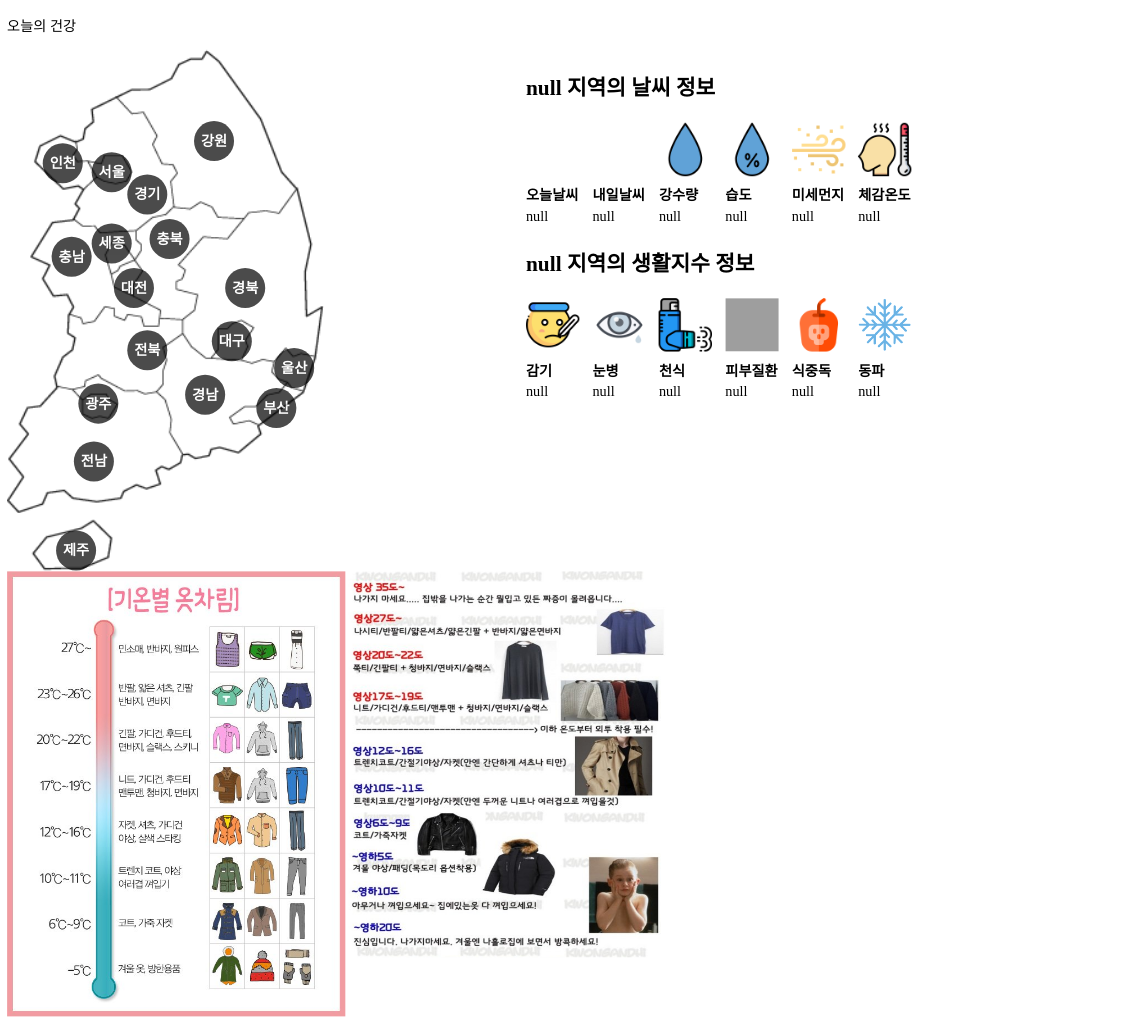
Repository: seeunOh/Webproject2018_StrongHealth
Page: http://localhost/StrongHealth/Map.jsp
These files come from the project's save history. The page is drawn as it stood at one moment and after the next save; the edit follows.
The browser window is 1280 px wide. The pictures show the whole page, at 89% of full size.
Pictures or frames that could not be fetched are drawn as grey boxes. The page is served by Tomcat 9. Other server files are loaded and not shown. Queries for data that is not in the repository find no rows.

Above is the page before, as saved 2018-12-16 05:11:45.

### StrongHealth/WebContent/Map.jsp
<%@page import="javabean.Access_DB"%>
<%@page import="javabean.Weather"%>
<%@page import="java.util.ArrayList"%>
<%@ page language="java" contentType="text/html; charset=UTF-8"
	pageEncoding="UTF-8"%>
<!DOCTYPE html>
<html>
<head>
<meta charset="UTF-8">
<title>Insert title here</title>


<style>


body{
width:1080px;
}
#weatherCanvas{
width:890px;
height:;
background: #FFEAEA;
float:right;
}


		#lifeCanvas{
		float:right;
		width:500px;
		height:586px;
		}

		#up {
			float: left;
			width:500px;
			height: 160px;
			background-color: ;
			float:right;

		}
		#down {
			float: right;
			width: 500px;
			height: 170px;
			background-color: ;
		}
		#map {
			float: left;
			width:356px;
			height: 586px;
			background-image: url(img/korea_map.png);
			background-repeat: no-repeat;
			background-size: contain;
		}
		#map div{
			font-family: 굴림;
			font-weight: bolder;
			float: left;
			background-color: black;
			opacity: 0.7;
			border-radius: 100px;
			width: 45px;
			height: 45px;
			line-height: 45px;
			text-align: center;
			position: relative;
			color: white;
		}
		#gw {
			left: 210px;
			top: 80px;
		}
		#su {
			left: 50px;
			top: 115px;
		}
		#ic {
			left: -50px;
			top: 105px
		}
		#gg {
			left: px;
			top: 140px;
		}
		#cb{
			left: -20px;
			top: 190px;
		}
		#cn {
			left: -175px;
			top: 210px;
		}
		#se {
			left: -175px;
			top: 195px;
		}
		#dj {
			left: 120px;
			top: 200px;
		}
		#gb {
			left: 200px;
			top: 200px;
		}
		#dg {
			left: 140px;
			top: 260px;
		}
		#jb {
			left: -30;
			top: 270px;
		}
		#gn {
			left: 20px;
			top: 320px;
		}
		#us {
			left: 75px;
			top: 290px
		}
		#gj {
			left: -190px;
			top: 330px;
		}
		#bs {
			left: 280px;
			top: 290px;
		}
		#jn {
			left: 30px;
			top: 350px;
		}
		#jj {
			left: -35px;
			top: 450px;
		}



	.table_header {
		margin: 0px;
		padding: 0px;
		width: 60px;
		height: 60px;
	}
	</style>
</head>
<body>
	<div id=Maside>
	<p>오늘의 건강</p>
	</div>
	<%
	ArrayList<javabean.Weather> city_list = new ArrayList<javabean.Weather>();
	Access_DB ac = new Access_DB();
	String city_names[] = {"강원", "서울", "인천", "경기", "충북", "충남", "세종", "대전", "경북", "대구",
	                      "전북", "경남", "울산", "광주", "부산", "전남", "제주"};

	for(int i=0; i< city_names.length; i++){
		city_list.add(ac.getWeather(city_names[i]));
	}
	ac.closeDB();
	%>
	<script type="text/javascript">
		function City_list(city_name, d_weather, t_weather, rain, humidity, dust, temp, flu,
							e_disease, asthma, s_disease, frozen, f_poison){
					this.city_name = city_name;
					this.d_weather = d_weather;
					this.t_weather = t_weather;
					this.rain = rain;
					this.humidity = humidity;
					this.dust = dust;
					this.temp = temp;
					this.flu = flu;
					this.e_disease = e_disease;
					this.asthma = asthma;
					this.s_disease = s_disease;
					this.frozen = frozen;
					this.f_poison = f_poison;
				}
			var city_list = [];

			<%for(int i=0; i<city_names.length; i++){%>
				city_list.push(new City_list('<%=city_list.get(i).getCityName()%>', '<%=city_list.get(i).getdWeather()%>', '<%=city_list.get(i).gettWeahter()%>',
				<%=city_list.get(i).getPop()%>, <%=city_list.get(i).getHumidity()%>, <%=city_list.get(i).getDust()%>, <%=city_list.get(i).getSensory()%>,
				'<%=city_list.get(i).getFlu()%>', '<%=city_list.get(i).getEyeDisease()%>', '<%=city_list.get(i).getAsthma()%>', '<%=city_list.get(i).getSkinDisease()%>',
				<%=city_list.get(i).getFrozen()%>, '<%=city_list.get(i).getFoodPoison()%>'));
			<%}%>

			function city_info(cityname){
				result = "<table class='table' style='width: 450px;' id=top_table><tr><td colspan='6'><h2>" + city_list[cityname].city_name + " 지역의 날씨 정보</h2></td></tr><tr><td>";
				if(city_list[cityname].d_weather == "맑음")
					result += "<img class='table_header' src='img/weather/sunny.png'>";
				else if(city_list[cityname].d_weather == "구름조금")
					result += "<img class='table_header' src='img/weather/cloudy1.png'>";
				else if(city_list[cityname].d_weather == "구름많음")
					result += "<img class='table_header' src='img/weather/cloudy2.png'>";
				else if(city_list[cityname].d_weather == "흐림")
					result += "<img class='table_header' src='img/weather/cloudy3.png'>";
				else if(city_list[cityname].d_weather == "비")
					result += "<img class='table_header' src='img/weather/rainy.png'>";
				else if(city_list[cityname].d_weather == "눈/비")
					result += "<img class='table_header' src='img/weather/rainy&snowy.png'>";
				else if(city_list[cityname].d_weather == "눈")
					result += "<img class='table_header' src='img/weather/snowy.png'>";
					result +="</td><td>";
				if(city_list[cityname].t_weather == "맑음")
					result += "<img class='table_header' src='img/weather/sunny.png'>";
				else if(city_list[cityname].t_weather == "구름조금")
					result += "<img class='table_header' src='img/weather/cloudy1.png'>";
				else if(city_list[cityname].t_weather == "구름많음")
					result += "<img class='table_header' src='img/weather/cloudy2.png'>";
				else if(city_list[cityname].t_weather == "흐림")
					result += "<img class='table_header' src='img/weather/cloudy3.png'>";
				else if(city_list[cityname].t_weather == "비")
					result += "<img class='table_header' src='img/weather/rainy.png'>";
				else if(city_list[cityname].t_weather == "눈/비")
					result += "<img class='table_header' src='img/weather/rainy&snowy.png'>";
				else if(city_list[cityname].t_weather == "눈")
					result += "<img class='table_header' src='img/weather/snowy.png'>";

				result +="</td><td><img class='table_header' src='img/mapTable_header/drop.png'/></td><td><img class='table_header' src='img/mapTable_header/humidity.png'/></td>"
					+ "<td><img class='table_header' src='img/mapTable_header/sand.png'/></td><td><img class='table_header' src='img/mapTable_header/fever.png'/></td></tr>"
					+ "<tr><td><b>오늘날씨</b></td><td><b>내일날씨</b></td><td><b>강수량</b></td><td><b>습도</b></td><td><b>미세먼지</b></td><td><b>체감온도</b></td></tr>"
					+ "<tr><td>" + city_list[cityname].d_weather + "</td><td>" + city_list[cityname].t_weather + "</td><td>" + city_list[cityname].rain + "</td><td>" + city_list[cityname].humidity + "</td><td>"
					+ city_list[cityname].dust + "</td><td>" + city_list[cityname].temp + "</td></tr>"
					+ "<tr><td colspan='6'><h2>" + city_list[cityname].city_name + " 지역의 생활지수 정보</h2></td></tr><tr><td><img class='table_header' src='img/mapTable_header/sick.png'/></td><td><img class='table_header' src='img/mapTable_header/eye-disease.png'/></td><td><img class='table_header' src='img/mapTable_header/inhaler.png'/></td>"
					+ "<td><img class='table_header' src='img/mapTable_header/allergic.png'/></td><td><img class='table_header' src='img/mapTable_header/apple.png'/></td><td><img class='table_header' src='img/mapTable_header/frozen.png'/></td></tr>"
					+ "<tr><td><b>감기</b></td><td><b>눈병</b></td><td><b>천식</b></td><td><b>피부질환</b></td><td><b>식중독</b></td><td><b>동파</b></td></tr>"
					+ "<tr><td>" + city_list[cityname].flu + "</td><td>" + city_list[cityname].e_disease + "</td><td>" + city_list[cityname].asthma + "</td><td>" + city_list[cityname].s_disease + "</td><td>" + city_list[cityname].f_poison + "</td><td>" + city_list[cityname].frozen + "</td></tr>";
				document.getElementById("lifeCanvas").innerHTML = result;
			}
		</script>


		<div id=map>
			<div id=gw onmouseover="city_info(0);">강원</div>
			<div id=su onmouseover="city_info(1);">서울</div>
			<div id=ic onmouseover="city_info(2);">인천</div>
			<div id=gg onmouseover="city_info(3);">경기</div>
			<div id=cb onmouseover="city_info(4);">충북</div>
			<div id=cn onmouseover="city_info(5);">충남</div>
			<div id=se onmouseover="city_info(6);">세종</div>
			<div id=dj onmouseover="city_info(7);">대전</div>
			<div id=gb onmouseover="city_info(8);">경북</div>
			<div id=dg onmouseover="city_info(9);">대구</div>
			<div id=jb onmouseover="city_info(10);">전북</div>
			<div id=gn onmouseover="city_info(11);">경남</div>
			<div id=us onmouseover="city_info(12);">울산</div>
			<div id=gj onmouseover="city_info(13);">광주</div>
			<div id=bs onmouseover="city_info(14);">부산</div>
			<div id=jn onmouseover="city_info(15);">전남</div>
			<div id=jj onmouseover="city_info(16);">제주</div>
		</div>

		<div id=lifeCanvas></div>

		<p></p>
		<img src="img/clothes.png" width=380 height=500>
		<img src="img/clothes2.png" width=380 height=500>
		</div>

		<script>
			city_info(1);
		</script>
</body>
</html>

### StrongHealth/src/javabean/Weather.java
package javabean;

public class Weather {
	private String cityName;
	private String dWeather;
	private String tWeahter;
	private String pop;
	private String humidity;
	private String dust;
	private String sensory;
	private String flu;
	private String eyeDisease;
	private String asthma;
	private String skinDisease;
	private String foodPoison;
	private String frozen;
	public String getCityName() {
		return cityName;
	}
	public void setCityName(String cityName) {
		this.cityName = cityName;
	}
	public String getdWeather() {
		return dWeather;
	}
	public void setdWeather(String dWeather) {
		this.dWeather = dWeather;
	}
	public String gettWeahter() {
		return tWeahter;
	}
	public void settWeahter(String tWeahter) {
		this.tWeahter = tWeahter;
	}
	public String getPop() {
		return pop;
	}
	public void setPop(String pop) {
		this.pop = pop;
	}
	public String getHumidity() {
		return humidity;
	}
	public void setHumidity(String humidity) {
		this.humidity = humidity;
	}
	public String getDust() {
		return dust;
	}
	public void setDust(String dust) {
		this.dust = dust;
	}
	public String getSensory() {
		return sensory;
	}
	public void setSensory(String sensory) {
		this.sensory = sensory;
	}
	public String getFlu() {
		return flu;
	}
	public void setFlu(String flu) {
		this.flu = flu;
	}
	public String getEyeDisease() {
		return eyeDisease;
	}
	public void setEyeDisease(String eyeDisease) {
		this.eyeDisease = eyeDisease;
	}
	public String getAsthma() {
		return asthma;
	}
	public void setAsthma(String asthma) {
		this.asthma = asthma;
	}
	public String getSkinDisease() {
		return skinDisease;
	}
	public void setSkinDisease(String skinDisease) {
		this.skinDisease = skinDisease;
	}
	public String getFoodPoison() {
		return foodPoison;
	}
	public void setFoodPoison(String foodPoison) {
		this.foodPoison = foodPoison;
	}
	public String getFrozen() {
		return frozen;
	}
	public void setFrozen(String frozen) {
		this.frozen = frozen;
	}

}

Loaded but not shown: StrongHealth/src/javabean/Access_DB.java (667 lines, source omitted)

After the next save:
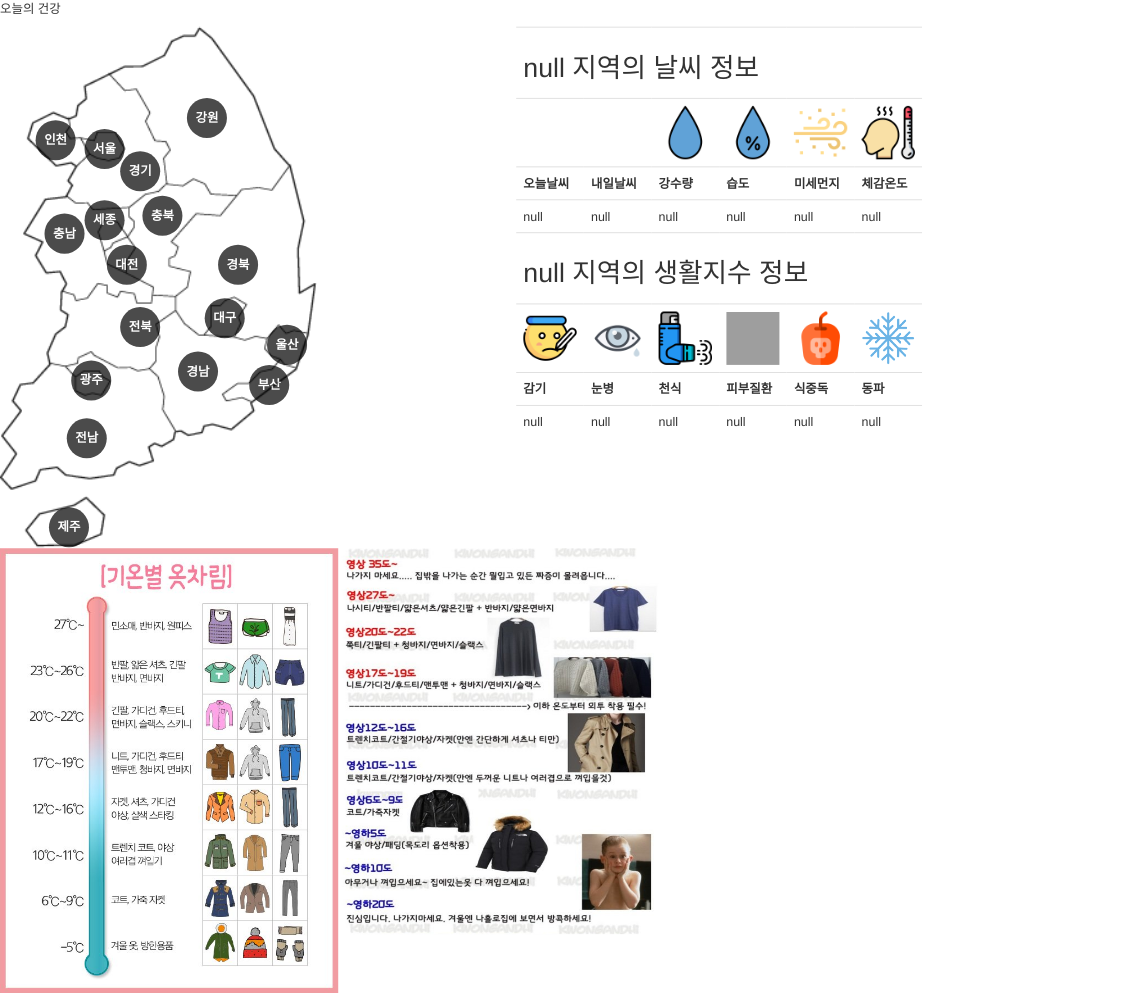
Console error (its wording comes from the project's code and is left out).
Saved 39 min 46 s later.
--- a/StrongHealth/WebContent/Map.jsp
+++ b/StrongHealth/WebContent/Map.jsp
@@ -9,6 +9,11 @@
 <meta charset="UTF-8">
 <title>Insert title here</title>
 
+<link rel="stylesheet" href="https://maxcdn.bootstrapcdn.com/bootstrap/3.3.2/css/bootstrap.min.css">
+<!-- 부가적인 테마 -->
+<link rel="stylesheet" href="https://maxcdn.bootstrapcdn.com/bootstrap/3.3.2/css/bootstrap-theme.min.css">
+<!-- 합쳐지고 최소화된 최신 자바스크립트 -->
+<script src="https://maxcdn.bootstrapcdn.com/bootstrap/3.3.2/js/bootstrap.min.js"></script>
 
 <style>
 

After the save that followed:
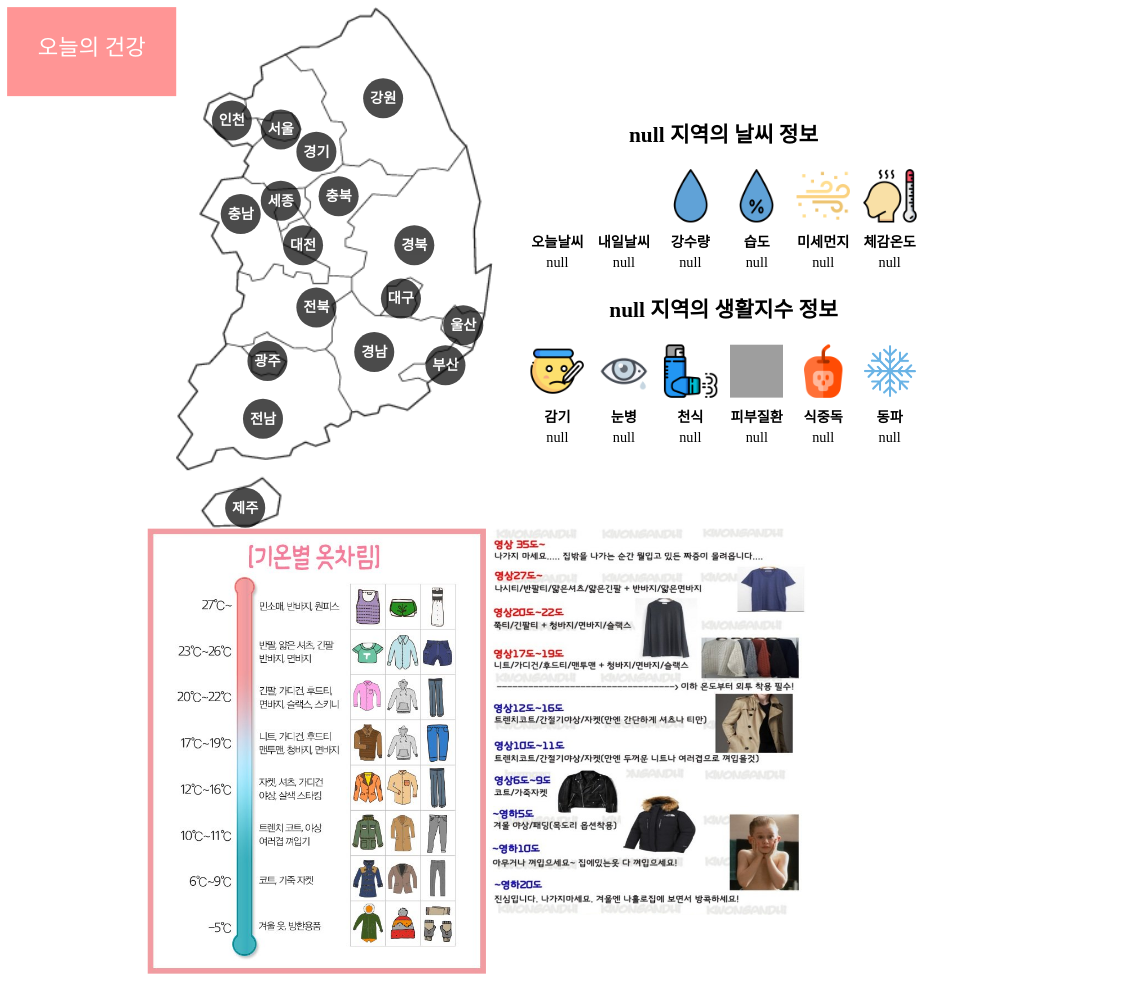
The error is gone.
Saved 11 s later.
--- a/StrongHealth/WebContent/Map.jsp
+++ b/StrongHealth/WebContent/Map.jsp
@@ -9,22 +9,29 @@
 <meta charset="UTF-8">
 <title>Insert title here</title>
 
-<link rel="stylesheet" href="https://maxcdn.bootstrapcdn.com/bootstrap/3.3.2/css/bootstrap.min.css">
-<!-- 부가적인 테마 -->
-<link rel="stylesheet" href="https://maxcdn.bootstrapcdn.com/bootstrap/3.3.2/css/bootstrap-theme.min.css">
-<!-- 합쳐지고 최소화된 최신 자바스크립트 -->
-<script src="https://maxcdn.bootstrapcdn.com/bootstrap/3.3.2/js/bootstrap.min.js"></script>
 
 <style>
+
 
 
 body{
 width:1080px;
+text-align:center;
 }
+
+#Maside{
+height:100px;
+width:190px;
+font-size:25px;
+background: #FF9595;
+float:left;
+color:white;
+}
+
 #weatherCanvas{
 width:890px;
 height:;
-background: #FFEAEA;
+background: ;
 float:right;
 }
 
@@ -32,7 +39,9 @@
 		#lifeCanvas{
 		float:right;
 		width:500px;
-		height:586px;
+		height:386px;
+		background-color: ;
+		margin: 100px 0px 0px 0px;
 		}
 
 		#up {
@@ -151,7 +160,7 @@
 	</style>
 </head>
 <body>
-	<div id=Maside>
+<div id=Maside>
 	<p>오늘의 건강</p>
 	</div>
 	<%
@@ -236,7 +245,7 @@
 			}
 		</script>
 
-
+		<div id=weatherCanvas>
 		<div id=map>
 			<div id=gw onmouseover="city_info(0);">강원</div>
 			<div id=su onmouseover="city_info(1);">서울</div>
@@ -258,8 +267,8 @@
 		</div>
 
 		<div id=lifeCanvas></div>
-
-		<p></p>
+		</div>
+
 		<img src="img/clothes.png" width=380 height=500>
 		<img src="img/clothes2.png" width=380 height=500>
 		</div>
